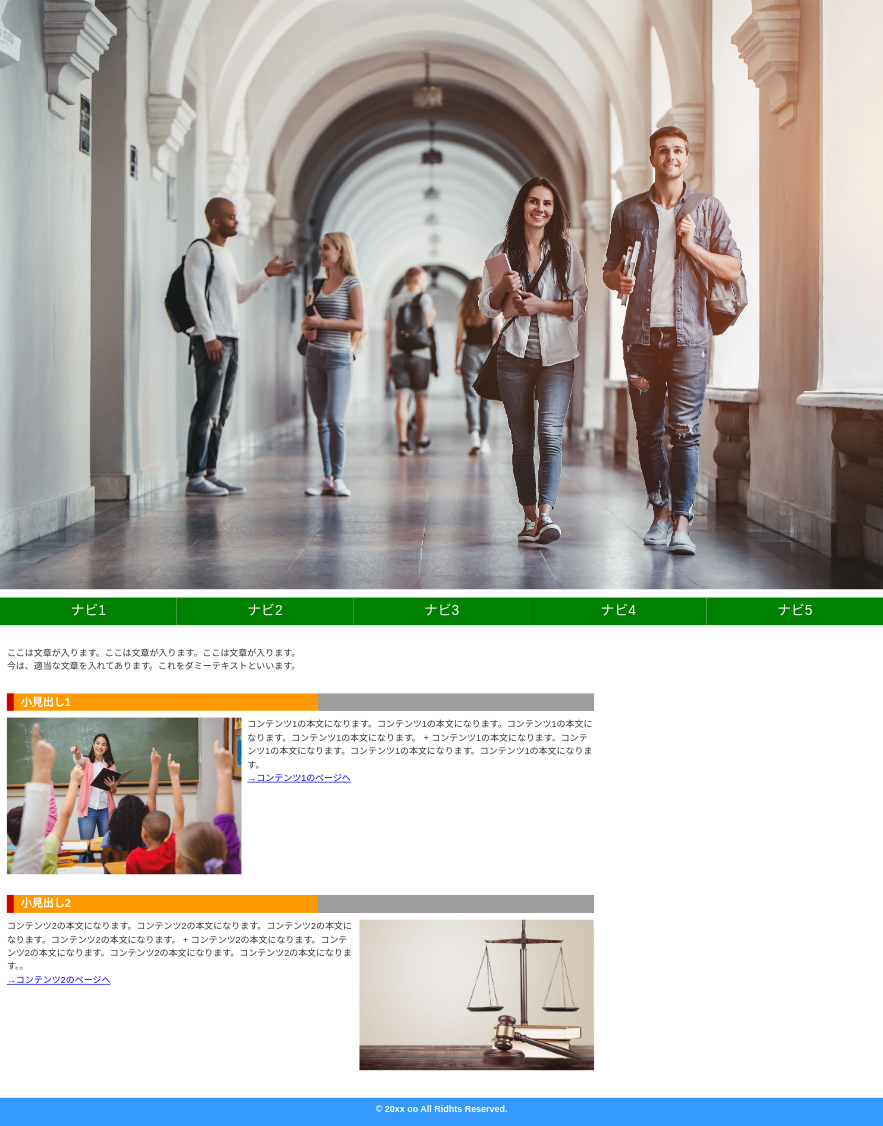
Repository: MiyagawaF/samurai_HTML-CSS
Page: home.html
The author's editor kept a record of every edit. The page is drawn from the files as they stood at one moment, then again after the next edit.
The browser window is 1280 px wide. The pictures show the whole page, at 69% of full size.
Pictures or frames that could not be fetched are drawn as grey boxes.

Above is the page before.

### home.html
<!DOCTYPE html>
<html lang="ja">
    <head>
        <meta charset="UTF-8">
        <title>HTML/CSSの学習</title>
        <link rel="stylesheet" href="stylesheet.css">
    </head>
    <body>
        <div id="header">
            <h1><a href="index.html"><img id="corridor" src="images/corridor.jpg" alt="大学の廊下" /></a></h1>
        </div>
        <div id="wrapper">
            <div id="nav">
                <ul>
                    <li><a href="home.html">ナビ1</a></li>
                    <li><a href="#">ナビ2</a></li>
                    <li><a href="#">ナビ3</a></li>
                    <li><a href="#">ナビ4</a></li>
                    <li><a href="#">ナビ5</a></li>
                </ul>
            </div>
            <div id="container">
                <div id="main">
                    <div class="post">
                        <p>ここは文章が入ります。ここは文章が入ります。ここは文章が入ります。<br />今は、適当な文章を入れてあります。これをダミーテキストといいます。</p>
                    </div>
                    <div class="post clearfix">
                        <h2>小見出し1</h2>
                        <img class="left" src="images/classroom.jpg" alt="授業風景" />
                        <p>
                            コンテンツ1の本文になります。コンテンツ1の本文になります。コンテンツ1の本文になります。コンテンツ1の本文になります。
+                           コンテンツ1の本文になります。コンテンツ1の本文になります。コンテンツ1の本文になります。コンテンツ1の本文になります。
                        </p>
                        <p><a href="#">→コンテンツ1のページへ</a></p>
                    </div>
                    <div class="post clearfix">
                        <h2>小見出し2</h2>
                        <img class="right" src="images/scale.jpg" alt="天秤" />
                        <p>
                            コンテンツ2の本文になります。コンテンツ2の本文になります。コンテンツ2の本文になります。コンテンツ2の本文になります。
+                           コンテンツ2の本文になります。コンテンツ2の本文になります。コンテンツ2の本文になります。コンテンツ2の本文になります。。
                        </p>
                        <p><a href="#">→コンテンツ2のページへ</a></p>
                    </div>
                </div>
            </div>
        </div>
        <div id="footer">
            <p>&copy; 20xx oo All Ridhts Reserved.</p>
        </div>
    </body>
</html>

### stylesheet.css
@charset "utf-8";

body{
    margin: 0;
    padding: 0;
    font-family: "ヒラギノ角ゴ Pro W3", "Hiragino Kaku Gothic Pro", "メイリオ", Meiryo, Osaka, "ＭＳ Ｐゴシック", "MS PGothic", sans-serif;
    color: #333;
    font-size: 13px;
    line-height: 150%;
}

/* ---wrapper--- */
#wrapper{
    width: 100%;
    margin: auto;
    padding: 0px;
    border: 0px;
    background-color: #FFF;
    top: 10px;
    position: relative;
}

/* ---header--- */
#header{
    width: 100%;
}
#header h1{
    margin: 0;
    padding: 0;
}
#corridor{
    width: 100%;
    height: auto;
}

/* ---footer--- */
#footer{
    clear: both;
    width: 100%;
    padding: 3px 0 3px 0;
    background: #39F;
    color: #FFF;
    font-weight: bold;
    text-align: center;
}
/* ---nav--- */
#nav{
    width: 100%;
}
#nav ul{
    display: flex;
    margin: 0;
    padding: 0;
    list-style-type: none;
}
#nav ul li{
    /*float: left;*/
    width: 20%;
    text-align: center;
}
#nav ul li a{
    display: block;
    height: 20px;
    margin: 0;
    padding: 10px;
    color: #FFF;
    font-size: 20px;
    text-decoration: none;
    background-color: green;
}

#nav ul li a:hover{
    filter: drop-shadow(10px 10px 10px black);
}
/* ---container--- */
#container{
    width: 100%;
    margin: auto;
    padding: auto;
    padding-top: 20px;
    clear: both;
    display: grid;
    grid-template-columns: 70vw 30vw;
}
/* ---main--- */
#main{
    /*float: left;*/
    width: 95%;
    padding: 10px 30px 10px 10px;
}
#main h2{
    margin: 0 0 10px 0;
    padding: 3px 10px 3px 10px;
    color: #FFF;
    font-size: 16px;
    border-left:solid 10px #C00;
    background: #F90 url(../images/main_h2.jpg) right top repeat-y;
}
#main p{
    margin: 0;
    padding: 0;
}
#main .post{
    margin: 0 0 30px 0;
}
#main .post img.right{
    margin: 0 0 0 8px;
}
#main .post img.left{
    margin: 0 8px 0 0;
}

.right{
    float: right;
    width: 40%;
    height: auto;
}
.left{
    float: left;
    width: 40%;
    height: auto;
}
/* ---clearfix--- */
.clearfix{
    zoom: 1;
}
.clearfix:after{
    content: "";
    display: block;
    clear: both;
}
/* ---side--- */
#side{
    /*float: right;*/
    width: 85%;
    padding: 20px;
    background-color: #F99;
}
#side .box{
    margin: 0 auto 30px auto;
    padding: 0 0 20px 0;
    background: url(images/side_box.png) bottom no-repeat;
}
#side .box h2 {
    margin: 0;
    padding: 8px;
    text-align: center;
    color: #fff;
    font-size: 16px;
    line-height: 16px;
    font-weight: normal;
    background: url(images/side_box_h2.png) center no-repeat;
}
#side .box .boxBody{
    padding: 8px;
    border-right: solid 1px #C36;
    border-bottom: solid 1px #C36;
    border-left: solid 1px #C36;
    background: #fff;
}
#side .box .boxBody ul{
    margin: 0 0 16px 0;
    padding: 0;
}
#side .box .boxBody ul li{
    padding: 8px 0 8px 4px;
    list-style: none;
    border-bottom: solid 1px #C36;
}

#side .box .boxBody ul li:hover{
    padding: 8px 0 8px 4px;
    list-style: none;
    border-bottom: solid 1px #C36;
    box-shadow: 0px 4px 4px rgba(0,0,0,0.3);
}

After the next edit:
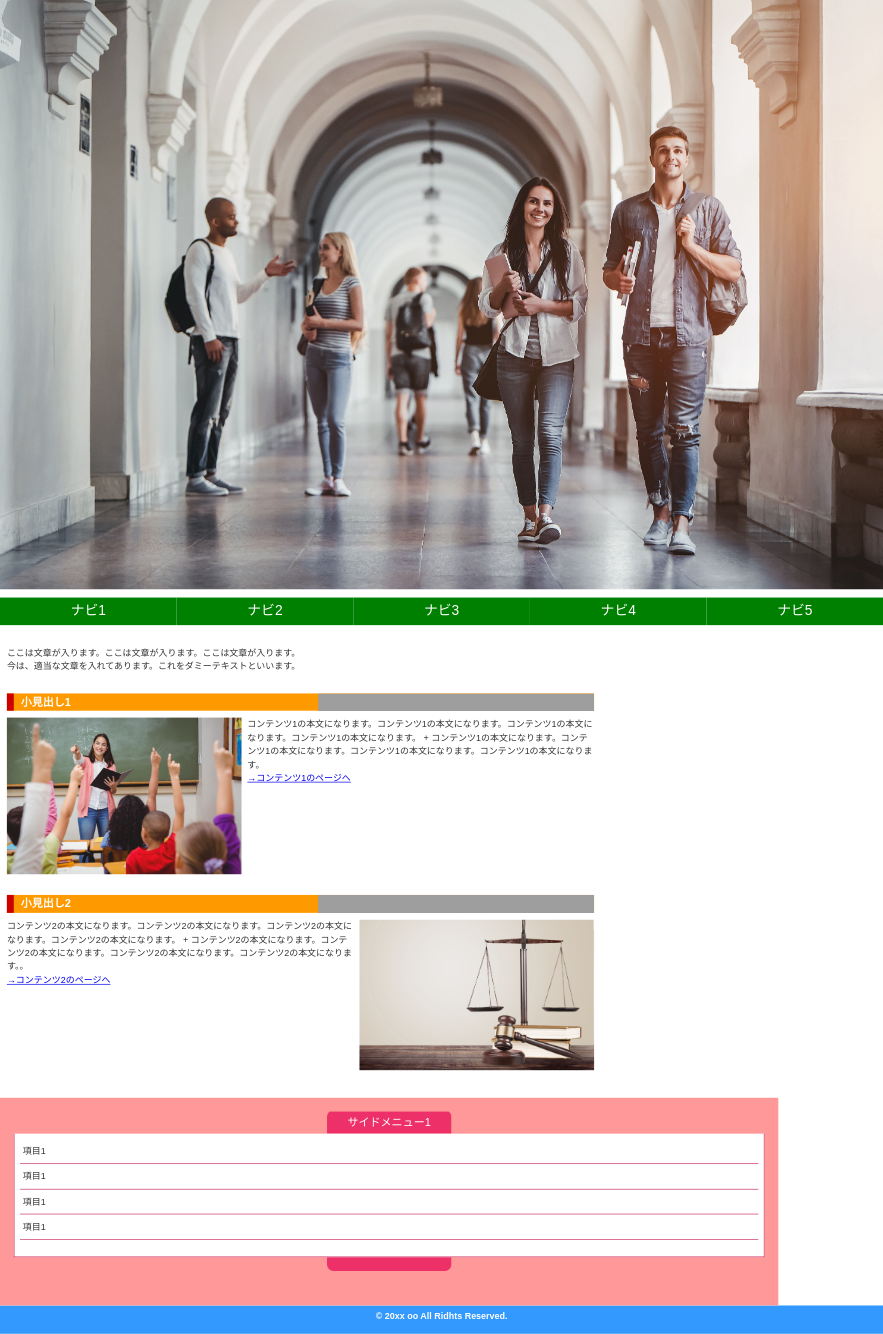
The edit:
--- a/home.html
+++ b/home.html
@@ -44,6 +44,19 @@
                     </div>
                 </div>
             </div>
+            <div id="side">
+                <div class="box">
+                    <h2>サイドメニュー1</h2>
+                    <div class="boxBody">
+                        <ul>
+                            <li>項目1</li>
+                            <li>項目1</li>
+                            <li>項目1</li>
+                            <li>項目1</li>
+                        </ul>
+                    </div>
+                </div>
+            </div>
         </div>
         <div id="footer">
             <p>&copy; 20xx oo All Ridhts Reserved.</p>
